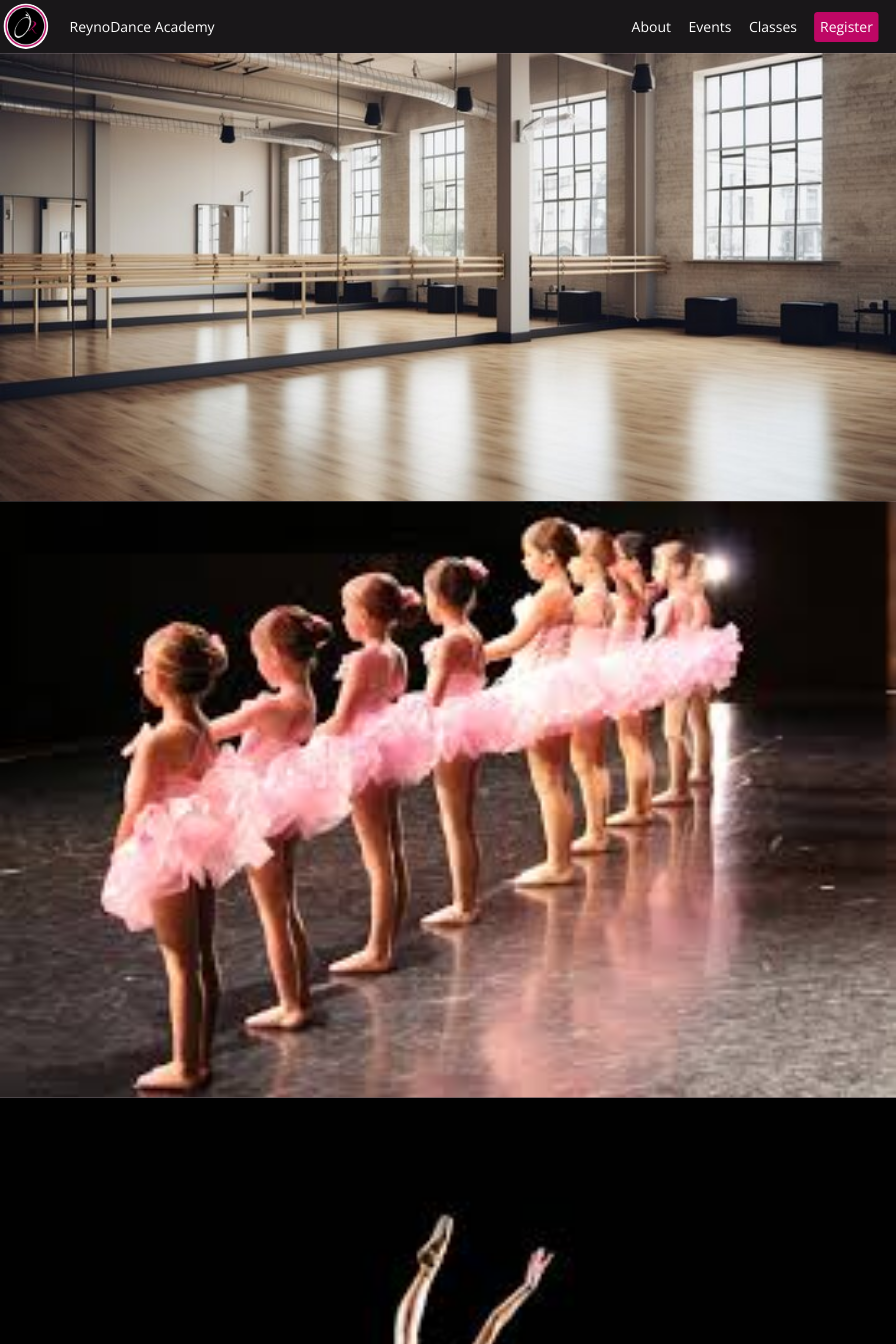
Repository: andreaelpz/reynodance-academy
Page: /
The author's editor kept a copy of each file at every save. The page is drawn from the files as they stood at one save, then again after the next save.
The browser window is 1280 px wide. The pictures show the part of the page from y = 0 to 1920 px (the page is 2595 px tall before and 1977 px after), at 70% of full size.
The project was rebuilt for these pictures with package versions that can differ from the ones it lists, and the page was loaded fresh each time. Also part of the build but not shown: angular.json, src/app/about/about.component.ts, src/app/classes/classes.component.ts, src/app/events/events.component.ts, src/app/user/sign-in/sign-in.component.ts, src/app/dashboard/dashboard.component.ts, src/app/user/register/register.component.ts, src/app/login/login.component.ts.

Above is the page before, as saved 2024-11-19 22:16:24.

After the next save:
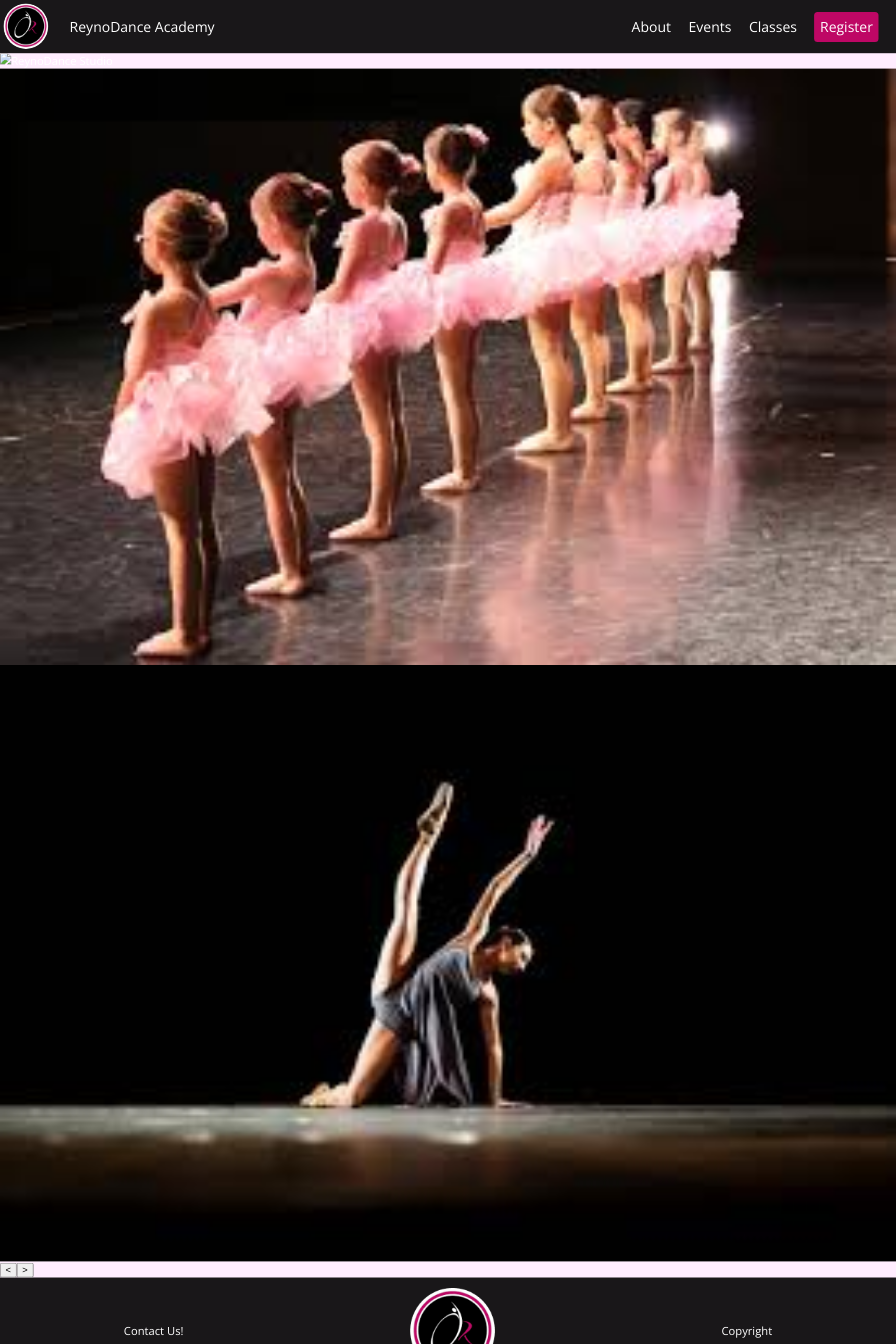
Saved 3 min 9 s later.
--- a/src/app/home/home.component.html
+++ b/src/app/home/home.component.html
@@ -1,6 +1,6 @@
 <div class = "container">
     <div class = "pictures">
-        <img class = "studio" alt = "ReynoDance Studio" src="/assets/images/studio.jpg">
+        <img class = "studio" alt = "ReynoDance Studio" src="">
         <img class = "girls" alt = "Pre-Ballet Team" src="/assets/images/girls.jpg">
         <img class = "solo" alt = "Solo dance" src="/assets/images/solo.jpg">
     </div>
